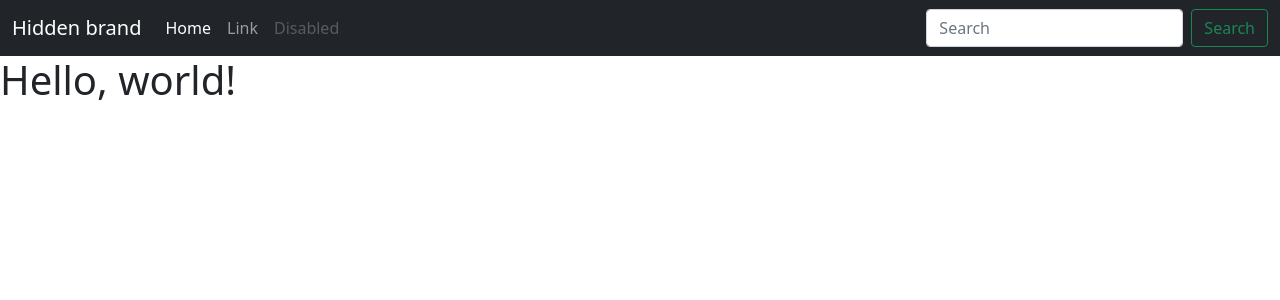
Repository: ritikalohia/Django-beginners-
Page: textutiles/templates/index.html
An editor plug-in stored every save of this project. The page is shown before and after a run of saves, followed by the edit.
The browser window is 1280 px wide. The pictures show the whole page.

Above is the page before, as saved 2021-05-22 19:31:35.

After the next 4 saves:
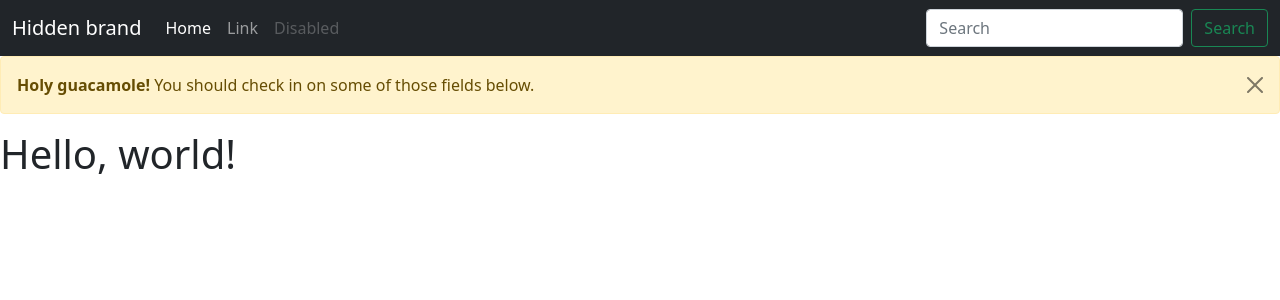
The 4 saves are shown as one change because they came seconds apart.
The last was saved 74 s later.
--- a/textutiles/templates/index.html
+++ b/textutiles/templates/index.html
@@ -36,7 +36,10 @@
     </div>
     </div>
     </nav>
-
+    <div class="alert alert-warning alert-dismissible fade show" role="alert">
+        <strong>Holy guacamole!</strong> You should check in on some of those fields below.
+        <button type="button" class="btn-close" data-bs-dismiss="alert" aria-label="Close"></button>
+    </div>
     <h1>Hello, world!</h1>
 
     <!-- Optional JavaScript; choose one of the two! -->
